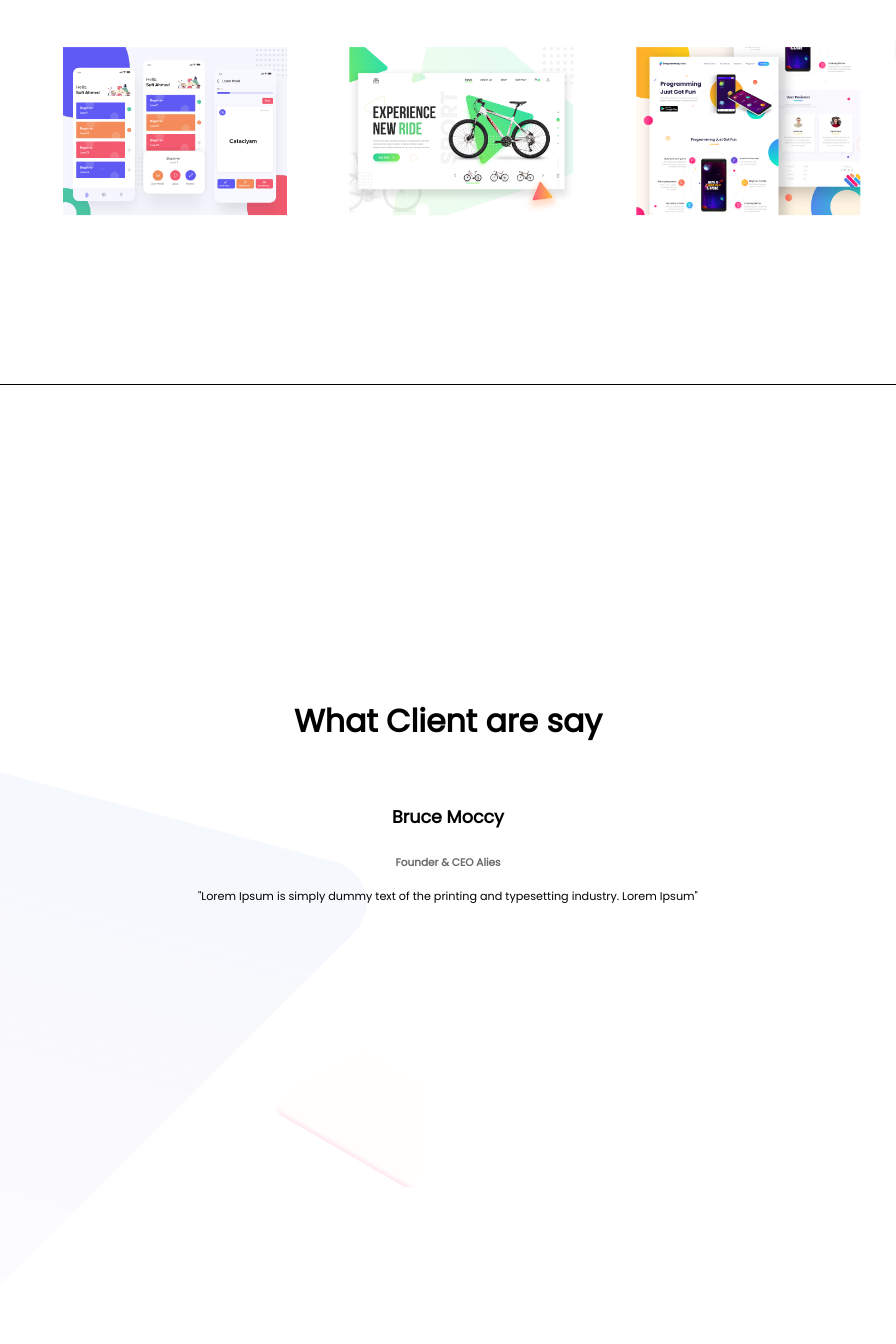
Repository: mohsinfarabi/personal-website
Page: index.html
The author's editor kept a copy of each file at every save. The page is drawn from the files as they stood at one save, then again after the next save.
The browser window is 1280 px wide. The pictures show the part of the page from y = 2355 to 4275 px (the page is 4275 px tall), at 70% of full size.

Above is the page before, as saved 2020-07-01 16:46:20.

After the next save:
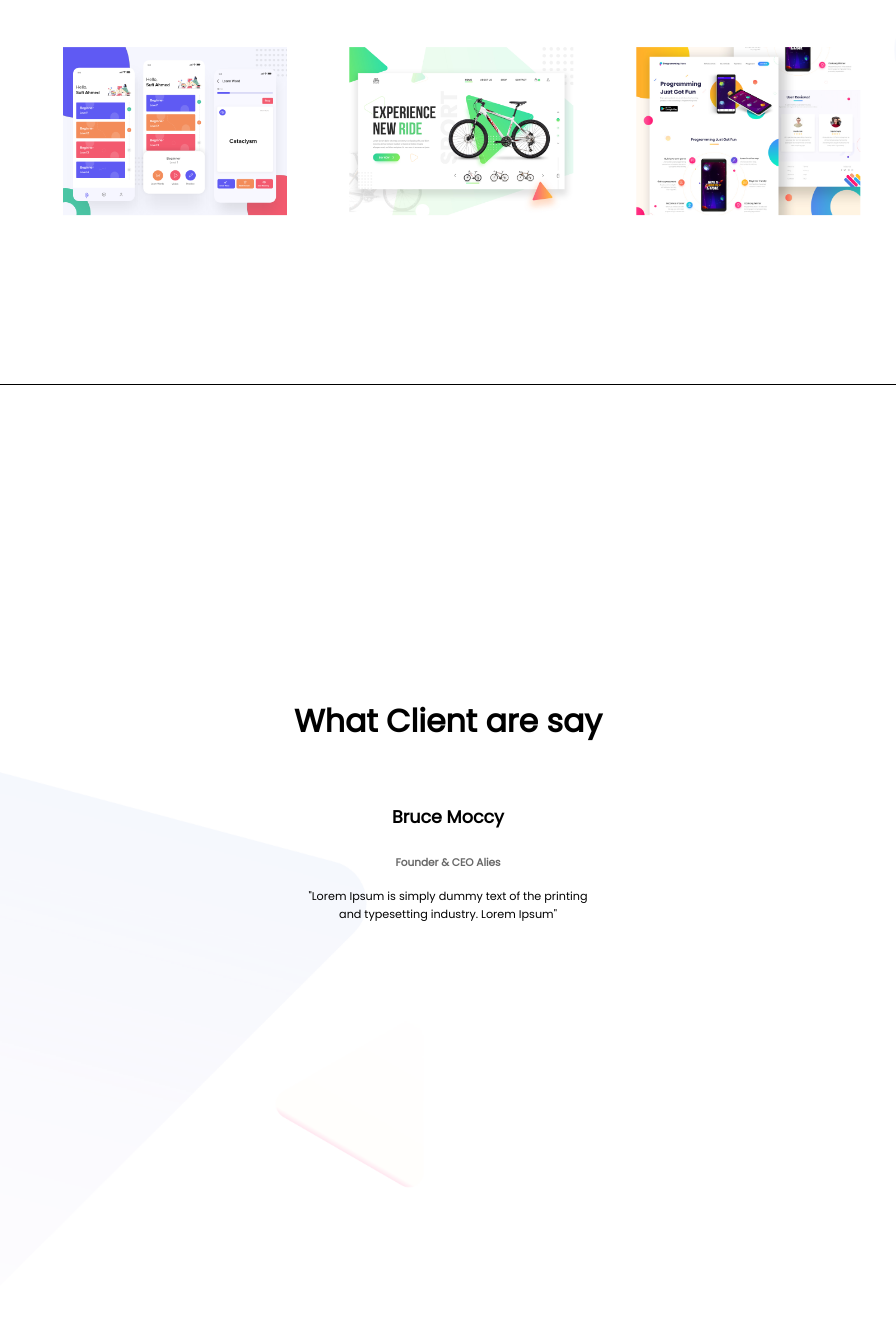
Saved 5 min 2 s later.
--- a/index.html
+++ b/index.html
@@ -51,7 +51,7 @@
         <h3>What Client are say</h3>
         <h4>Bruce Moccy</h4>
         <h5>Founder & CEO Alies</h5>
-        <p>"Lorem Ipsum is simply dummy text of the printing and typesetting industry. Lorem Ipsum"</p>
+        <p>"Lorem Ipsum is simply dummy text of the printing <br> and typesetting industry. Lorem Ipsum"</p>
     </section>
 
 
